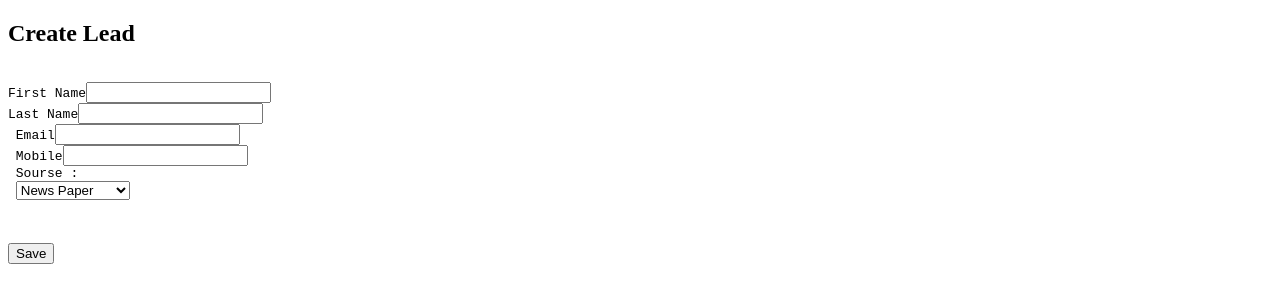
Repository: zuberahmed786/SpringBoot
Page: http://localhost/zohoCrmProject/WEB-INF/views/create_lead.jsp
An editor plug-in stored every save of this project. The page is shown before and after the next save, followed by the edit.
The browser window is 1280 px wide. The pictures show the whole page.
The page is served by Tomcat 9. Nobody is signed in. Other server files are loaded and not shown. The template is opened directly, without the code that normally fills it, so the values that code supplies are empty.

Above is the page before, as saved 2022-10-08 13:38:55.

### zohoCrmProject/src/main/webapp/WEB-INF/views/create_lead.jsp
<%@ page language="java" contentType="text/html; charset=ISO-8859-1"
    pageEncoding="ISO-8859-1"%>
<!DOCTYPE html>
<html>
<head>
<meta charset="ISO-8859-1">
<title>Create Lead</title>
</head>
<body>

<h2>Create Lead</h2>

<form action="">

<pre>

First Name<input type="text" name="firstName"/>
Last Name<input type="text" name="lastName"/>
 Email<input type="email" name="email"/>
 Mobile<input type="number" name="mobile"/>
 Sourse :
 <select name="sourse" >
 <option value="news_paper">News Paper</option>
 <option value="tv">TV Commercial</option>
 <option value="online">Online</option>
 <option value="seminar">Seminar</option>
 </select>

 </pre>

 <input type="submit" value="Save"/>

</form>

</body>
</html>

After the next save:
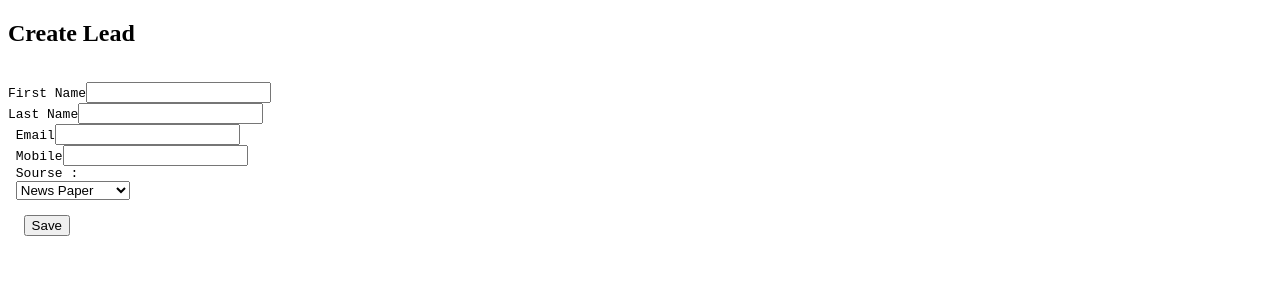
Saved 19 s later.
--- a/zohoCrmProject/src/main/webapp/WEB-INF/views/create_lead.jsp
+++ b/zohoCrmProject/src/main/webapp/WEB-INF/views/create_lead.jsp
@@ -26,9 +26,10 @@ Last Name<input type="text" name="lastName"/>
  <option value="seminar">Seminar</option>
  </select>
 
+  <input type="submit" value="Save"/>
  </pre>
 
- <input type="submit" value="Save"/>
+
 
 </form>
 
